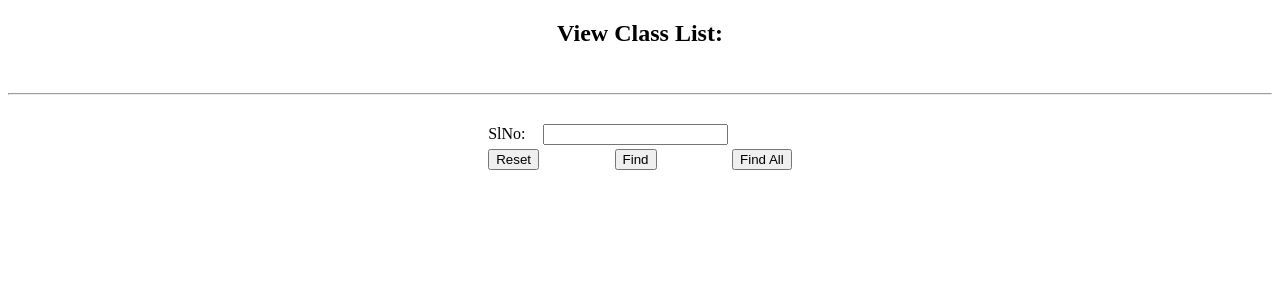
Repository: mdzeyan/JavaFSD-phase2-project
Page: Learners_Academy/src/main/webapp/ViewClassList.html
These files come from the project's save history. The page is drawn as it stood at one moment and after the next save; the edit follows.
The browser window is 1280 px wide. The pictures show the whole page.

Above is the page before, as saved 2022-03-31 08:56:02.

After the next save:
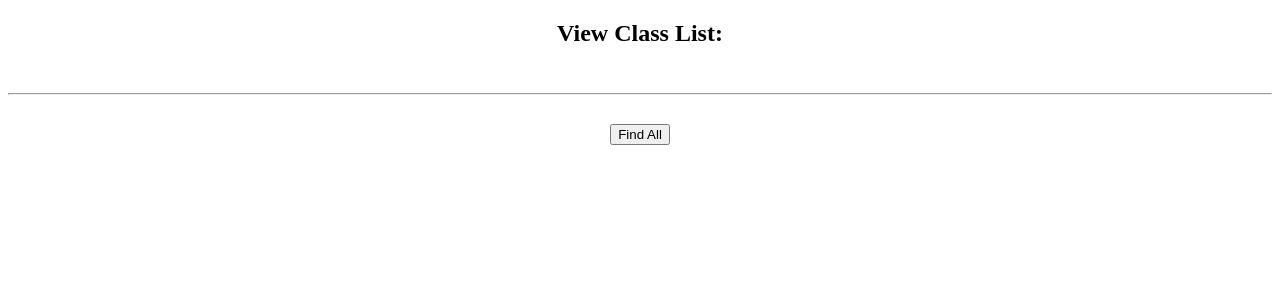
Saved 37 s later.
--- a/Learners_Academy/src/main/webapp/ViewClassList.html
+++ b/Learners_Academy/src/main/webapp/ViewClassList.html
@@ -12,14 +12,8 @@
 	<hr>
 	<br>
 	<table align="center">
-		<tr>
-			<td>SlNo:</td>
-			<td><input type="text" name="slNo"></td>
-		</tr>
 
 		<tr>
-			<td align="center"><input type="reset" value="Reset"></td>
-			<td align="center"><input type="submit" value="Find" name="button"></td>
 			<td align="center"><input type="submit" value="Find All" name="button"></td>
 		</tr>
 
